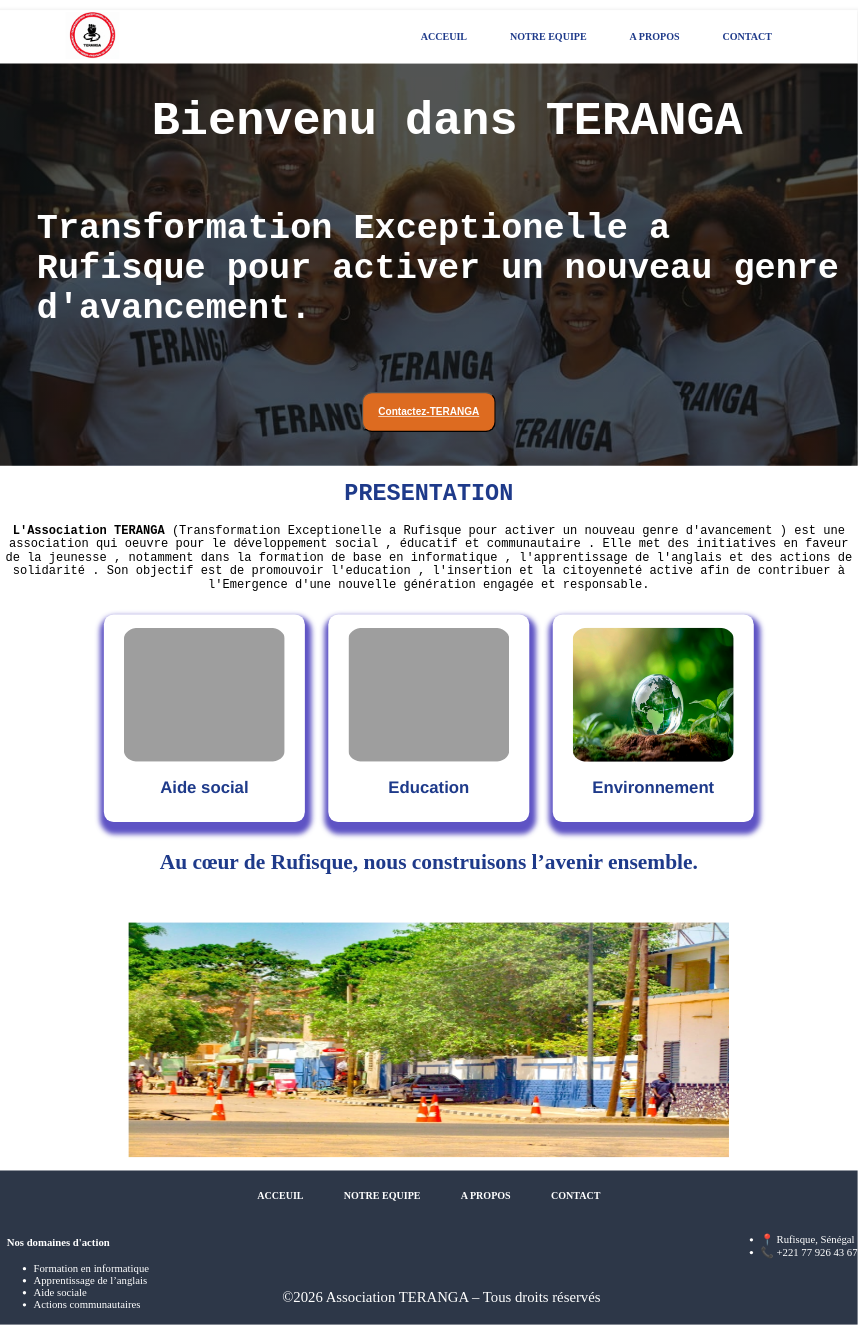
Repository: assanendao171/projet-teranga
Page: acceuil.html
The author's editor kept a copy of each file at every save. The page is drawn from the files as they stood at one save, then again after a run of saves.
The browser window is 1280 px wide. The pictures show the whole page, at 67% of full size.
Pictures or frames that could not be fetched are drawn as grey boxes.

Above is the page before, as saved 2026-02-12 11:14:29.

### acceuil.html
<!doctype html>
<html lang="en">
  <head>
    <meta charset="UTF-8" />
    <meta name="viewport" content="width=device-width, initial-scale=1.0" />
    <title>Document</title>
    <link rel="stylesheet" href="acceuil.css" />
  </head>
  <body>
    <!-- l'entete -->
    <header>
      <!-- logo -->
       <div class="contain-logo">
      <img src="image/logo.jpeg" alt="" class="logo" />
      </div>
      <div class="btn-nav">
        <nav>
          <a href="acceuil.html" target="_blank">ACCEUIL</a>
          <a href="equipe.html" target="_blank">NOTRE EQUIPE</a>
          <a href="propos.html" target="_blank">A PROPOS</a>
          <a href="contact.html" target="_blank">CONTACT</a>

        </nav>
      </div>
    </header>
    <!-- le hero -->
    <div class="hero">
      <div class="texte-accrosse">
        <h1>Bienvenu dans TERANGA</h1>
        <h2>
          Transformation Exceptionelle a Rufisque pour activer un nouveau genre
          d'avancement.
        </h2>
      </div>
      <!-- btn-hero -->
      <div class="btn">
        <button class="btn-hero">
          <a href="contact.html" target="_blank">Contactez-TERANGA</a>
        </button>
      </div>
    </div>
    <!-- le corps -->
    <main>
      <h1 id="h-presentation">PRESENTATION</h1>
      <p id="p-presentation">
        <strong>L'Association TERANGA </strong> (Transformation Exceptionelle a
        Rufisque pour activer un nouveau genre d'avancement ) est une
        association qui oeuvre pour le développement social , éducatif et
        communautaire . Elle met des initiatives en faveur de la jeunesse ,
        notamment dans la formation de base en informatique , l'apprentissage de
        l'anglais et des actions de solidarité . Son objectif est de promouvoir
        l'education , l'insertion et la citoyenneté active afin de contribuer à
        l'Emergence d'une nouvelle génération engagée et responsable.
      </p>
      <div class="contain-image">
        <div class="image1">
          <img
            src="image/aidesocial.jpg"
            alt="aide social"
            class="image-aide" />
          <span id="texte-aide-social">Aide social</span>
        </div>
        <!-- ____________________ -->
        <div class="image1">
          <img src="image/education.jpg" alt="education" class="image-aide" />
          <span id="texte-aide-social">Education</span>
        </div>
        <!-- ___________________________________ -->
        <div class="image1">
          <img
            src="image/environnement.jpg"
            alt="environnement"
            class="image-aide" />
          <span id="texte-aide-social">Environnement</span>
        </div>
      </div>
      <div id="titre-finale">
        <h1>Au cœur de Rufisque, nous construisons l’avenir ensemble.</h1>
      </div>
      <div id="lastphoto">
        <img
          src="image/lastphoto.jpeg"
          alt="image rufisque"
          class="lastphoto" />
      </div>
    </main>
    <!-- le pieds -->
    <footer>
      <nav class="btn-footer">
        <a href="acceuil.html" target="_blank">ACCEUIL</a>
        <a href="equipe.html" target="_blank">NOTRE EQUIPE</a>
        <a href="propos.html" target="_blank">A PROPOS</a>
        <a href="contact.html" target="_blank">CONTACT</a>

      </nav>
      <div class="contain-footer">
        <div class="liste-footer">
          <h4>Nos domaines d'action</h4>
          <ul>
            <li>Formation en informatique</li>
            <li>Apprentissage de l’anglais</li>
            <li>Aide sociale</li>
            <li>Actions communautaires</li>
          </ul>
        </div>
        <div class="copyright">
          <p>&copy;2026 Association TERANGA – Tous droits réservés</p>
        </div>
        <div class="contact">
          <ul>
            <li>📍 Rufisque, Sénégal</li>
            <li>📞 +221 77 926 43 67</li>
          </ul>
        </div>
      </div>
    </footer>
  </body>
</html>

### acceuil.css
body{
    margin: 15px 0 5px 0;
}
header{
width: 100%;
height: 80px;
background-color: #FFFFFF;
box-shadow: 2px 6px 6px 6px rgba(0, 0, 0, 0.1);
display: flex;
align-items: center;
justify-content: center;
gap: 420px;
}
nav a{
    margin: 30px;
    color: #1E3A8A;
    text-decoration: none;
    font-size: 15px;
    font-weight:900;
}
nav a:hover{
    text-decoration: underline;
}
.logo{
    width: 80px;
left: 10px;
}
.hero{
  width:100%;
  height:600px ;
  background-image:
    linear-gradient(rgba(0, 0, 0, 0.6), rgba(0, 0, 0, 0.6)),
    url("image/background.jpeg");
  background-size: cover;
  background-position: top;
  background-repeat: no-repeat;
}
.texte-accrosse{
display: flex;
flex-direction: column;
justify-content: center;
align-items: center;
color: rgb(255, 255, 255);
font-size: 35px;
font-family: 'Courier New', Courier, monospace;
margin-left: 55px;
}
.btn-hero{
width: 200px;
height: 60px;
border-radius: 15px;
background-color: #DD6B20;
font-size: 15px;
font-weight: 600;
color: #FFFFFF;

}
.btn-hero a{
color: #FFFFFF;
}
.btn{
    padding: 50px;
    display: flex;
    flex-direction: column;
    justify-content: center;
    align-items: center;
}
#h-presentation{
        color: #1E3A8A;

    text-align: center;
    font-size: 35px;
font-family: 'Courier New', Courier, monospace;
}
#p-presentation{
    text-align: center;
    font-size: 18px;
font-family: 'Courier New', Courier, monospace;
margin: 5px ;
}
.contain-image{
    padding-top: 30px;
    display: flex;
    gap: 35px;
    text-align: center;
    justify-content: center;
    align-items: center;
}
.image1{
    width: 300px;
    height: 310px;
    text-align: center;
    background-color: rgb(255, 255, 255);
    border-radius: 15px;
    box-shadow: 2px 10px 8px 8px rgba(49, 34, 180, 0.781);
    color: #1E3A8A;

}
.image-aide{
        width: 240px;
    height: 200px;
    padding: 20px;
    border-radius: 15%;
}
.image-aide:hover{
    transition: 0.5s;
    transform: scale(1.1);
}
#texte-aide-social{
        font-size: 25px;
        font-weight:bold;
font-family:'Franklin Gothic Medium', 'Arial Narrow', Arial, sans-serif
}
.lastphoto{
    padding-top: 50px;
    width: 70%;
    height: 350px;
}
#lastphoto{
    display: flex;
    flex-direction: column;
    justify-content: center;
    align-items: center;
}
#titre-finale{
    display: flex;
        flex-direction: column;
    justify-content: center;
    align-items: center;
    padding-top: 20px;
    color: #1E3A8A;
}
footer{
    background-color: #2D3748;
    width: 100%;
    height: 230px;
    margin-top: 20px;
}
.btn-footer{
    display: flex;
    flex-direction: row;
    justify-content: center;

}
.btn-footer a{
    padding: px;
    color: #FFFFFF;
    margin: 10x;
    font-size: 15px;
}
.liste-footer{
    margin-left: 10px;
        color: #FFFFFF;

}
.contact{
    display: flex;
    flex-direction: row;
    justify-content: flex-end;
    color: #FFFFFF;
}
.contain-footer{
    display: flex;
    flex-direction: row;
    justify-content: space-between;
}
.copyright{
        color: #FFFFFF;
    font-size: 22px;
    display: flex;
    flex-direction: column;
    justify-content: flex-end;
}

After the next 2 saves:
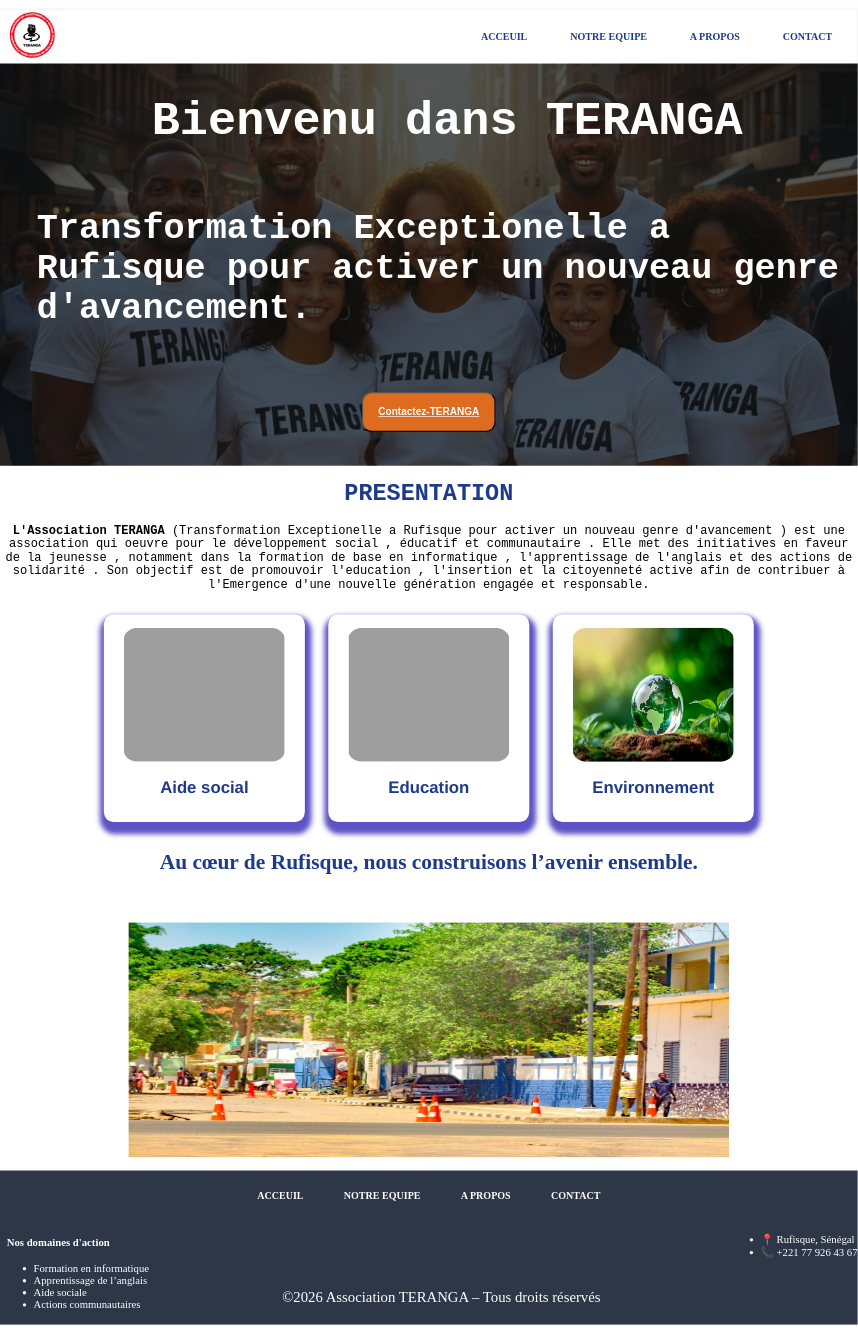
The 2 saves are shown as one change because they came seconds apart.
The last was saved 10 s later.
--- a/acceuil.css
+++ b/acceuil.css
@@ -9,7 +9,7 @@ box-shadow: 2px 6px 6px 6px rgba(0, 0, 0, 0.1);
 display: flex;
 align-items: center;
 justify-content: center;
-gap: 420px;
+gap: 600px;
 }
 nav a{
     margin: 30px;
